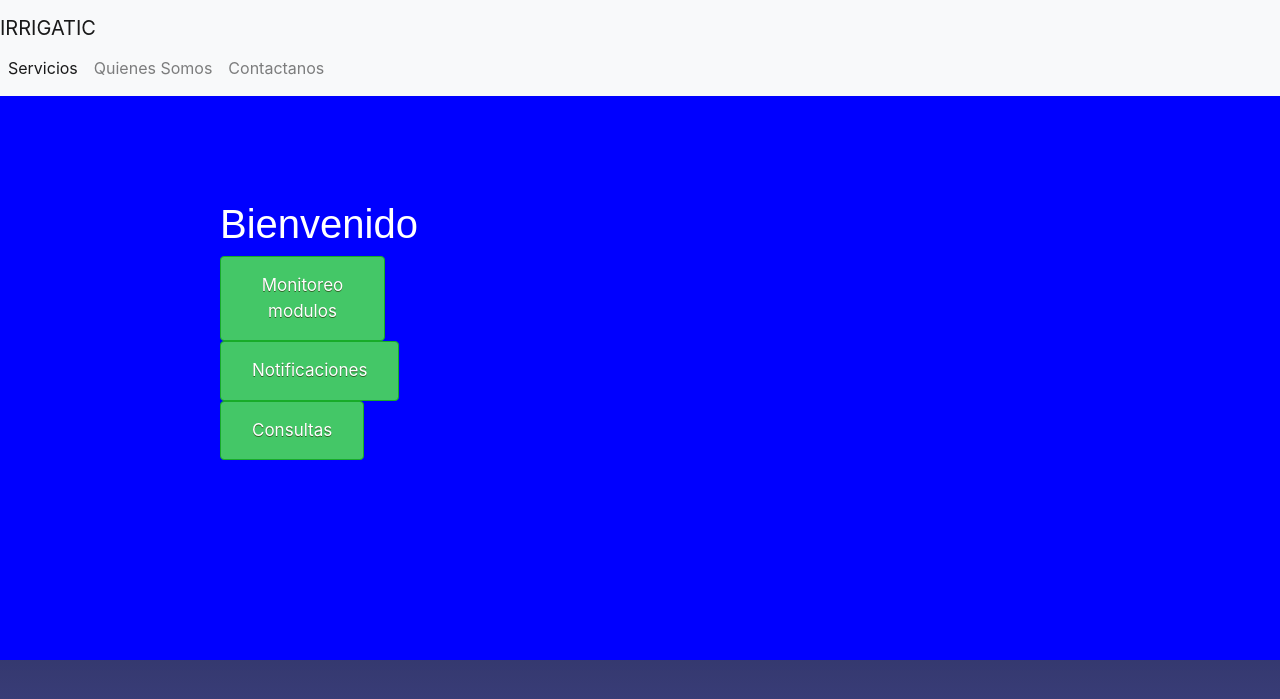
Repository: CristianPalta1/pages_react
Page: /Dashboard
An editor plug-in stored every save of this project. The page is shown before and after the next save, followed by the edit.
The browser window is 1280 px wide. The pictures show the whole page.
The project was rebuilt for these pictures with package versions that can differ from the ones it lists, and the page was loaded fresh each time. Also part of the build but not shown: src/components/Forms.jsx, src/pages/Inicio.jsx, src/pages/IngresoDoc.jsx, src/pages/NotifiDoc.jsx, src/pages/styles/Badges.css, src/components/Registros.jsx, src/components/styles/BadgesList.css, src/components/BadgeList.jsx and 6 more.

Above is the page before, as saved 2019-08-29 15:03:33.

### src/index.js
import React from 'react';
import ReactDOM from 'react-dom';
import './index.css';
import 'bootstrap/dist/css/bootstrap.css'

import App from './components/App';
import * as serviceWorker from './serviceWorker';

ReactDOM.render(<App />, document.getElementById('root'));



// If you want your app to work offline and load faster, you can change
// unregister() to register() below. Note this comes with some pitfalls.
// Learn more about service workers: https://bit.ly/CRA-PWA
serviceWorker.unregister();

### src/index.css
body {
  margin: 0;
  font-family: -apple-system, BlinkMacSystemFont, "Segoe UI", "Roboto", "Oxygen",
    "Ubuntu", "Cantarell", "Fira Sans", "Droid Sans", "Helvetica Neue",
    sans-serif;
  -webkit-font-smoothing: antialiased;
  -moz-osx-font-smoothing: grayscale;
}

code {
  font-family: source-code-pro, Menlo, Monaco, Consolas, "Courier New",
    monospace;
}


@import url('https://fonts.googleapis.com/css?family=Lato:300,400,700');
@import url('https://fonts.googleapis.com/css?family=Anton');


* {
  -webkit-font-smoothing: antialiased;
  -moz-osx-font-smoothing: grayscale;
}

body {
  font-family: 'Lato', 'Helvetica Neue', sans-serif;
  background-color: #F4F4F7;
}

h1 {
  font-family: 'Anton', sans-serif;
}

a.link-unstyled {
  color: inherit;
}

a.link-unstyled:hover {
  color: inherit;
  text-decoration: none;
}

.btn {
  padding: 0.375rem 2rem;
}

.btn.btn-primary {
  color: #fff;
  background-color: #7DCD40;
  border-color: #7DCD40;
}

.btn.btn-primary:not(:disabled):not(.disabled):hover {
  color: #fff;
  background-color: #7DCD40;
  border-color: #7DCD40;
}

.btn.btn-primary:not(:disabled):not(.disabled):active {
  color: #fff;
  background-color: #7DCD40;
  border-color: #7DCD40;
}

.btn.btn-primary:not(:disabled):not(.disabled):focus {
  box-shadow: 0 0 0 0.2rem rgba(125, 205, 64, 0.5);
}

.btn.btn-danger {
  color: #fff;
  background-color: #CD4040;
  border-color: #CD4040;
}

.btn.btn-danger:not(:disabled):not(.disabled):hover {
  color: #fff;
  background-color: #CD4040;
  border-color: #CD4040;
}

.btn.btn-danger:not(:disabled):not(.disabled):active {
  color: #fff;
  background-color: #CD4040;
  border-color: #CD4040;
}

.btn.btn-danger:not(:disabled):not(.disabled):focus {
  box-shadow: 0 0 0 0.2rem rgba(255, 64, 64, 0.5);
}

### src/components/App.js


import React from 'react';
import { BrowserRouter, Switch, Route } from 'react-router-dom';

// import logo from './logo.svg';
// import './App.css';
// import Navbar from "./Navbar";
// import Carousel from './Carousel';
// import Badge from './Badge';
// import Forms from './Forms';
import Layout from './Layout';
import Inicio from '../pages/Inicio';
import Dashboard from '../pages/Dashboard';
import IngresoDoc from '../pages/IngresoDoc';
import NotificDoc from '../pages/NotifiDoc';
import Registro from '../pages/Registro';
import Loader from '../pages/Loader'
import NotFound from '../pages/NotFound';

function App() {
  return (
    <BrowserRouter>
      <Layout>
        <Switch>
          <Route exact path="/" component={Inicio} />
          <Route exact path="/Dashboard" component={Dashboard} />
          <Route exact path="/Registro_Usuarios" component={Registro} />
          <Route exact path="/Dashboard/Ingreso_Documentos" component={IngresoDoc} />
          <Route exact path="/Dashboard/Notificacion_Documentos" component={NotificDoc} />
          <Route exact path="/Dashboard/Datos_Api" component={Loader} />
          <Route component={NotFound} />
        </Switch>
      </Layout>
    </BrowserRouter>

  );
}

export default App;

### src/pages/Dashboard.jsx
//Aqui mostrare el formulario

import React, { Component } from "react";
import Container from "../components/Container";
import "./styles/Home.css";

class Dashboard extends Component {
  handleChange = e => {
    //Para ver el valor del inpunt see escribe value:e.target.value
    //tambien funciona con el input para saber que es name:e.target.name
  };

  //Evento para saber que sucedio al hacer click en el boton
  handleClick = e => {
    console.log("Boton Oprimido");
  };

  //El boton es de tipo submit, si no quiero que eso pase porque recarga la pagina,
  //debo espicicar el tipo de boton. En este caso tipo button
  handleSubmit = e => {
    e.preventDefault();
    console.log("Formulario ha sido Enviado");
    console.log(this.state);
  };

  // constructor (props) {
  //   //Aqui se inicializa el state this.satet = {}
  //   super(props);
  // }

  componentDidMount() {}

  render() {
    return (
      <div className="Home">
        <div className="container">
          <div className="row">
            <div className="col-3">
              <Container />
            </div>
            <div className="col-9">Despliegue formularios</div>
          </div>
        </div>
      </div>
    );
  }
}

export default Dashboard;

### src/components/Navbar.jsx
import React from "react";
import { Link } from "react-router-dom";
import "./styles/Navbar.css";

// import './styles/Navbar.css';
// import logo from '../images/logo.svg';

class Navbar extends React.Component {
  render() {
    return (
      <nav className="Navbar navbar-expand-lg navbar-light bg-light fixed-top" role="navigation">
        <a className="navbar-brand" href="#">
          IRRIGATIC
        </a>
        <button
          className="navbar-toggler"
          type="button"
          data-toggle="collapse"
          data-target="#navbarText"
          aria-controls="navbarText"
          aria-expanded="false"
          aria-label="Toggle navigation"
        >
          <span className="navbar-toggler-icon"></span>
        </button>
        <div className="collapse navbar-collapse" id="navbarText">
          <ul className="navbar-nav mr-auto">
            <li className="nav-item active">
              <a className="nav-link" href="#">
                Servicios
              </a>
            </li>
            <li className="nav-item">
              <a className="nav-link" href="#">
                Quienes Somos
              </a>
            </li>
            <li className="nav-item">
              <a className="nav-link" href="#">
                Contactanos
              </a>
            </li>
          </ul>
          {/* <span className="navbar-text">Navbar text with an inline element</span> */}
        </div>
      </nav>
    );
  }
}

export default Navbar;

### src/pages/styles/Home.css
.Home {
  width: 100%;
  min-height: calc(100vh - 60px);
  background: #0000ff;
  /* background: url('../../images/stars.svg'), #1B1B25; */
  background-repeat: repeat;

  color: #ffffff;

  display: flex;
  align-items: center;
}

.Home__col {
  display: flex;
  flex-direction: column;
  justify-content: center;
  align-items: center;
}

@media screen and (min-width: 768px) {
  .Home__col {
    align-items: flex-start;
  }
}

### src/components/Container.jsx
import React, { Component } from "react";
import "./styles/Home.css";

class Carousel extends Component {
  render() {
    return (
      <div className="Home">
        <div className="container">
          {/* <div className="row"> */}
            {/* <div className="col-4"> */}
              <h1>Bienvenido </h1>
              <button>Monitoreo modulos</button>
              <button>Notificaciones</button>
              <button>Consultas</button>
            {/* </div> */}
            {/* <div className="col-8">jojoj</div> */}
          {/* </div> */}
        </div>
      </div>
    );
  }
}

export default Carousel;

### src/pages/styles/Api.css
* {
    box-sizing: border-box;
  }

  body {
    font-family: -apple-system, BlinkMacSystemFont, "Segoe UI", Roboto, Oxygen,
      Ubuntu, Cantarell, "Open Sans", "Helvetica Neue", sans-serif;
    color: white;
    background: rgb(22, 24, 38);
    background: linear-gradient(
      180deg,
      rgba(22, 24, 38, 1) 0%,
      rgba(22, 24, 38, 1) 40%,
      rgba(58, 62, 123, 1) 100%
    );
    background-repeat: no-repeat;
    min-height: 100vh;
  }

  .App {
    display: flex;
    flex-direction: column;
  }

  .Logo {
    align-self: center;
    max-width: 100%;
  }

  ul {
    list-style: none;
    padding-left: 0;
  }

  .container {
    width: 100%;
    max-width: 900px;
    margin: 0 auto;
  }

  .row {
    display: flex;
    flex-wrap: wrap;
  }

  .col-6 {
    padding-left: 0.5rem;
    padding-right: 0.5rem;
    flex-basis: 50%;
  }

  @media screen and (min-width: 600px) {
    .col-md-3 {
      padding-left: 0.5rem;
      padding-right: 0.5rem;
      flex-basis: 25%;
    }
  }

  .CharacterCard {
    width: 100%;
    height: 240px;
    background: white;
    background-size: cover;
    background-repeat: no-repeat;
    background-position: center;
    border-radius: 5px;
    overflow: hidden;
    margin-bottom: 1rem;
    position: relative;
  }

  .CharacterCard__name-container {
    color: white;
    position: absolute;
    bottom: 0;
    width: 100%;
    background-color: rgba(0, 0, 0, 0.7);
    padding: 1rem 0.5rem;
  }

  .text-truncate {
    text-overflow: ellipsis;
    white-space: nowrap;
    overflow: hidden;
  }

  .text-center {
    text-align: center;
  }

  button {
    background-color: #44c767;
    border-radius: 4px;
    border: 1px solid #18ab29;
    display: inline-block;
    cursor: pointer;
    color: #ffffff;
    font-size: 17px;
    padding: 16px 31px;
    text-decoration: none;
    text-shadow: 0px 1px 0px #2f6627;
  }

Loaded but not shown: public/index.html (common file); src/serviceWorker.js (common file); src/components/Layout.jsx (common file); src/components/styles/Navbar.css (common file)

After the next save:
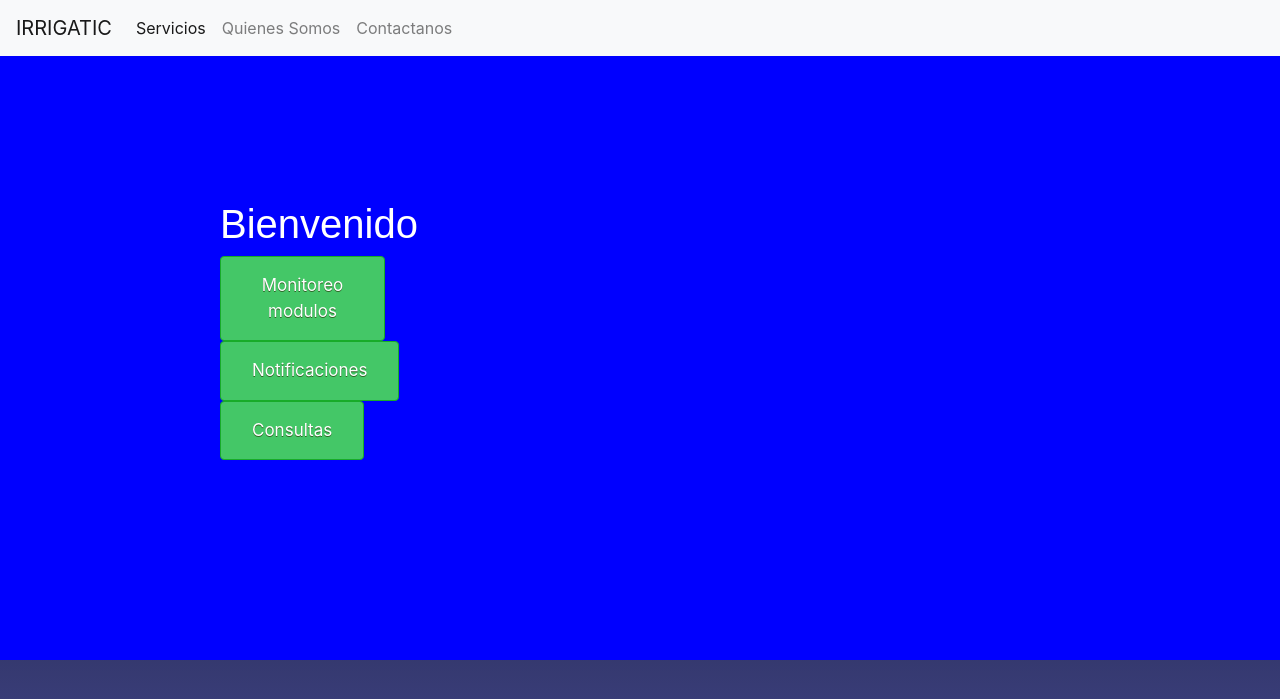
Saved 13 s later.
--- a/src/components/Navbar.jsx
+++ b/src/components/Navbar.jsx
@@ -8,7 +8,7 @@ import "./styles/Navbar.css";
 class Navbar extends React.Component {
   render() {
     return (
-      <nav className="Navbar navbar-expand-lg navbar-light bg-light fixed-top" role="navigation">
+      <nav className="navbar navbar-expand-lg navbar-light bg-light fixed-top" role="navigation">
         <a className="navbar-brand" href="#">
           IRRIGATIC
         </a>
